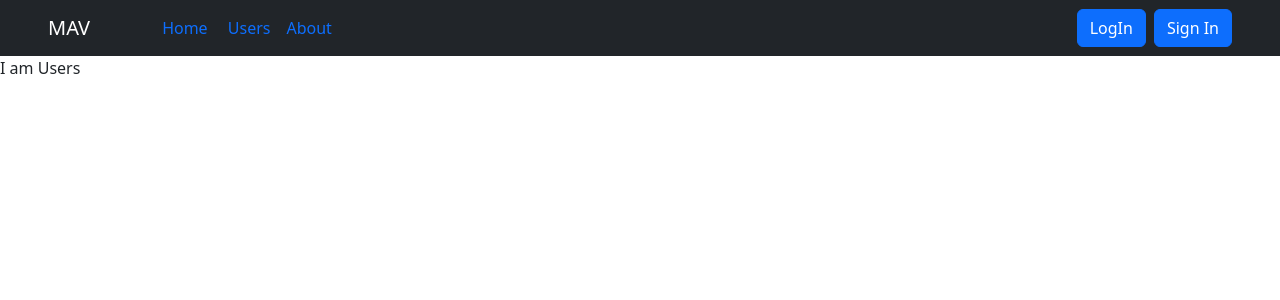
Repository: Dekabrist94/Bootstrap-First-Page
Page: /users
The author's editor kept a copy of each file at every save. The page is drawn from the files as they stood at one save, then again after a run of saves.
The browser window is 1280 px wide. The pictures show the whole page.
The project was rebuilt for these pictures with package versions that can differ from the ones it lists, and the page was loaded fresh each time. Also part of the build but not shown: src/Slider.js, src/components/Home.js, src/components/About.js.

Above is the page before, as saved 2023-04-14 22:06:21.

After the next 3 saves:
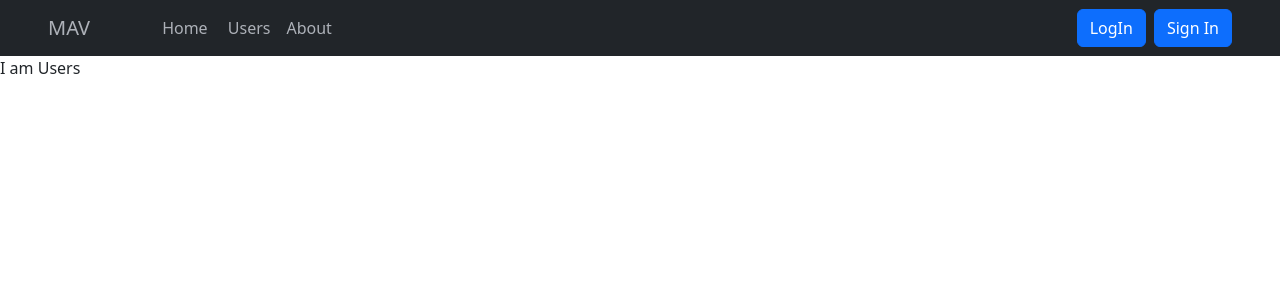
The 3 saves are shown as one change because 2 did not build or start.
The last was saved 3 min 12 s later.
--- a/src/components/Navibar.js
+++ b/src/components/Navibar.js
@@ -1,40 +1,52 @@
 import React from 'react';
 import { Nav, Navbar, Button } from 'react-bootstrap';
 import { Link } from 'react-router-dom';
-import style from 'styled-components';
+import styles from 'styled-components';
 {
   /*npm install react-bootstrap bootstrap */
 }
+
+const Style = styles.div`
+a, .navbar-brand, .navbar-nav .nav-link{
+  color:#adb1b8;
+  &:hover{
+    color:white
+  }
+}
+`;
+
 export const Navibar = () => {
   return (
     <>
-      <Navbar collapseOnSelect expand="lg" bg="dark" variant="dark">
-        <Navbar.Brand className="ms-5 me-5">MAV</Navbar.Brand> {/*LOGO */}
-        <Navbar.Toggle aria-controls="responsive-navbar-nav" /> {/* Svernut Menu */}
-        <Navbar.Collapse id="responsive-navbar-nav">
-          {/*Razvernut Menu */}
-          <Nav className="me-auto ">
-            <Nav.Link>
-              <Link className="ms-3 text-decoration-none" to="/">
-                Home
-              </Link>
-              <Link className="ms-3 text-decoration-none" to="/users">
-                {' '}
-                Users
-              </Link>
-              <Link className="ms-3  text-decoration-none" to="/about">
-                About
-              </Link>{' '}
-            </Nav.Link>
-          </Nav>
-          <Nav className="me-5">
-            <Button variant="primary" className=" me-2">
-              LogIn
-            </Button>
-            <Button variant="primary">Sign In</Button>
-          </Nav>
-        </Navbar.Collapse>
-      </Navbar>
+      <Style>
+        <Navbar collapseOnSelect expand="lg" bg="dark" variant="dark">
+          <Navbar.Brand className="ms-5 me-5">MAV</Navbar.Brand> {/*LOGO */}
+          <Navbar.Toggle aria-controls="responsive-navbar-nav" /> {/* Svernut Menu */}
+          <Navbar.Collapse id="responsive-navbar-nav">
+            {/*Razvernut Menu */}
+            <Nav className="me-auto ">
+              <Nav.Link>
+                <Link className="ms-3 text-decoration-none" to="/">
+                  Home
+                </Link>
+                <Link className="ms-3 text-decoration-none" to="/users">
+                  {' '}
+                  Users
+                </Link>
+                <Link className="ms-3  text-decoration-none" to="/about">
+                  About
+                </Link>{' '}
+              </Nav.Link>
+            </Nav>
+            <Nav className="me-5">
+              <Button variant="primary" className=" me-2">
+                LogIn
+              </Button>
+              <Button variant="primary">Sign In</Button>
+            </Nav>
+          </Navbar.Collapse>
+        </Navbar>
+      </Style>
     </>
   );
 };
